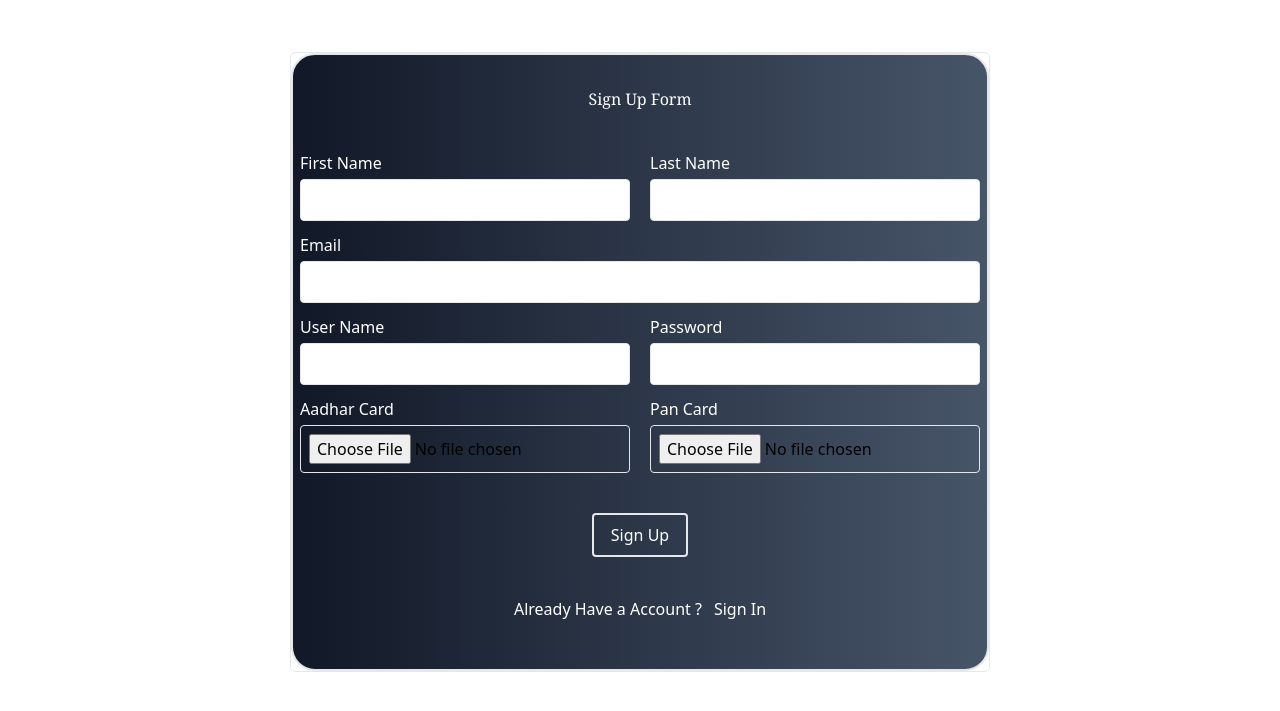
Repository: OmkarTidke8080/Assessment
Page: /sign-up (app in frontend/)
The author's editor kept a copy of each file at every save. The page is drawn from the files as they stood at one save, then again after a run of saves.
The browser window is 1280 px wide. The pictures show the whole page.
The project was rebuilt for these pictures with package versions that can differ from the ones it lists, and the page was loaded fresh each time. Also part of the build but not shown: frontend/vite.config.js, frontend/src/components/HomePage.jsx.

Above is the page before, as saved 2024-10-19 18:49:29.

### frontend/src/App.jsx
import { useEffect, useState } from "react";
import "./App.css";
import LandingPage from "./components/HomePage.jsx";
import SignUp from "./components/SignUp.jsx";
import { BrowserRouter, Routes, Route } from "react-router-dom";
import ScaleLoader from "react-spinners/ScaleLoader";

function App() {
  const [isLoading, setIsLoading] = useState(true);

  useEffect(() => {
    const timer = setTimeout(() => {
      setIsLoading(false);
    }, 2000);

    return () => clearTimeout(timer);
  });
  return (
    <>
      {isLoading ? (
        <div
          style={{
            display: "flex",
            justifyContent: "center",
            alignItems: "center",
            height: "100vh",
            backgroundColor: "#fff",
          }}
        >
          {" "}
          <ScaleLoader />
        </div>
      ) : (
        <BrowserRouter>
          <Routes>
            <Route path={"/"} element={<LandingPage />} />
            <Route path={"/sign-up"} element={<SignUp />} />
            <Route path={"/sign-in"} element={<SignUp />} />
          </Routes>
        </BrowserRouter>
      )}
    </>
  );
}

export default App;

### frontend/src/components/SignUp.jsx
import React from "react";

function SignUp() {
  return (
    <>
      <div className="flex justify-center items-center mt-5">
        <div className="flex border  rounded-md h-[620px] w-[700px]">
          <div className="form border-2 rounded-3xl text-white w-full bg-gradient-to-r from-gray-900 to-slate-600 ">
            <div className="form-heading font-medium font-serif mt-8">
              <h1>Sign Up Form</h1>
            </div>
            <form>
              <div className="flex justify-center mt-10 ">
                <div>
                  <div className="flex w-full gap-x-5 ">
                    <div className="w-1/2">
                      <label htmlFor="username" className=" flex mb-1">
                        First Name
                      </label>
                      <input
                        type="text"
                        id="FistName"
                        className=" text-black  w-full flex border rounded p-2"
                        required
                      />
                    </div>
                    <div className="w-1/2">
                      <label htmlFor="password" className="flex mb-1">
                        Last Name
                      </label>
                      <input
                        type="text"
                        id="LastName"
                        className="text-black w-full flex border rounded p-2"
                        required
                      />
                    </div>
                  </div>

                  <div className="mt-3">
                    <label htmlFor="email" className=" flex mb-1">
                      Email
                    </label>
                    <input
                      type="text"
                      id="email"
                      className="text-black w-full flex border rounded p-2"
                      required
                    />
                  </div>
                  <div className="flex gap-x-5">
                  <div className="mt-3 w-1/2 ">
                    <label htmlFor="username" className=" flex mb-1">
                      User Name
                    </label>
                    <input
                      type="text"
                      id="FistName"
                      className="text-black w-full flex border rounded p-2"
                      required
                    />
                  </div>
                  <div className="mt-3 w-1/2">
                    <label htmlFor="username" className=" flex mb-1">
                      Password
                    </label>
                    <input
                      type="text"
                      id="FistName"
                      className="text-black w-full flex border rounded p-2"
                      required
                    />
                  </div>
                  </div>

                  <div className="flex  gap-x-5 mt-3">
                    <div>
                      <label htmlFor="username" className=" flex mb-1">
                        Aadhar Card
                      </label>
                      <input
                        type="file"
                        id="FistName"
                        className=" text-black flex border rounded p-2"
                        required
                      />
                    </div>
                    <div>
                      <label htmlFor="password" className="flex mb-1">
                        Pan Card
                      </label>
                      <input
                        type="file"
                        id="LastName"
                        className="text-black flex border rounded p-2"
                        required
                      />
                    </div>
                  </div>

                  <div className="sign-up-button m-10">
                    <button className="border-2 rounded p-2 w-24 ">
                      Sign Up
                    </button>
                  </div>
                  <div className="AlreadyAccount flex justify-center gap-x-3">
                    <h2>Already Have a Account ?</h2>
                    <button>Sign In</button>
                  </div>
                </div>
              </div>
            </form>
          </div>
        </div>
      </div>
    </>
  );
}

export default SignUp;

Loaded but not shown: frontend/index.html (common file); frontend/src/main.jsx (common file); frontend/src/index.css (common file); frontend/src/App.css (common file); frontend/tailwind.config.js (common file)

After the next 2 saves:
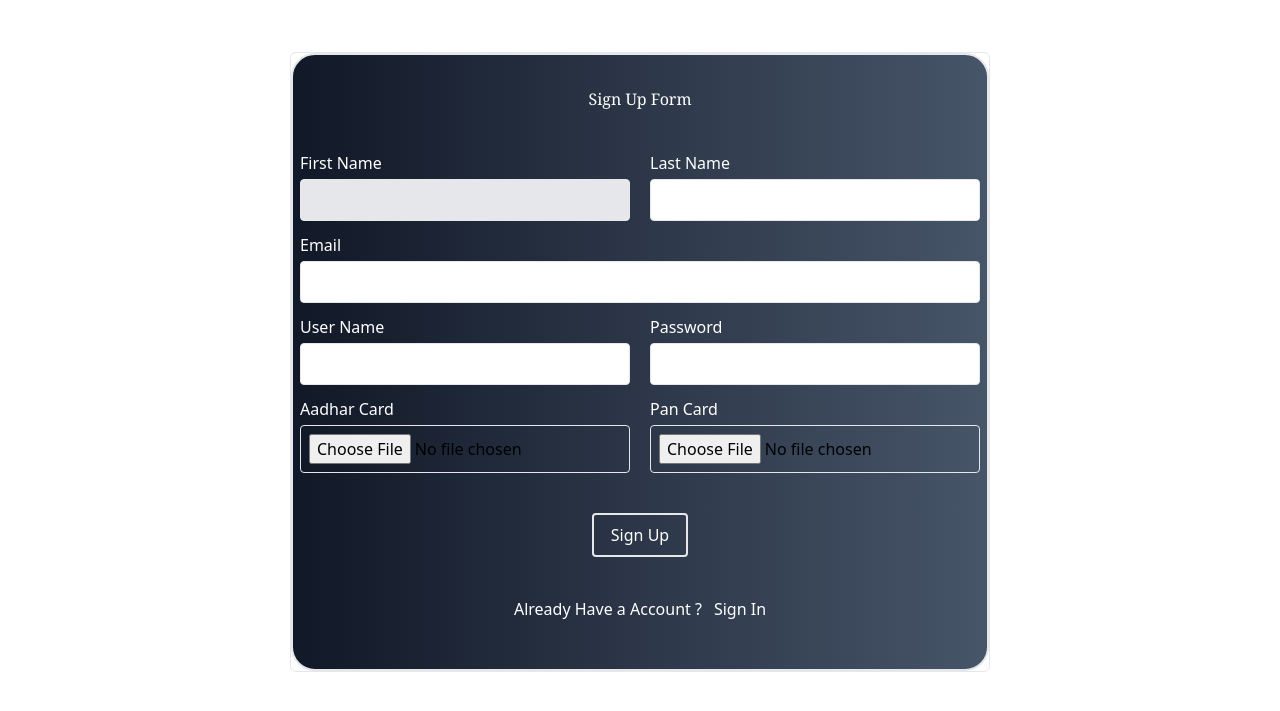
The 2 saves are shown as one change because they came seconds apart.
The last was saved 73 s later.
--- a/frontend/src/components/SignUp.jsx
+++ b/frontend/src/components/SignUp.jsx
@@ -20,7 +20,7 @@
                       <input
                         type="text"
                         id="FistName"
-                        className=" text-black  w-full flex border rounded p-2"
+                        className=" text-black bg-gray-200 w-full flex border rounded p-2"
                         required
                       />
                     </div>

After the 5 saves that followed:
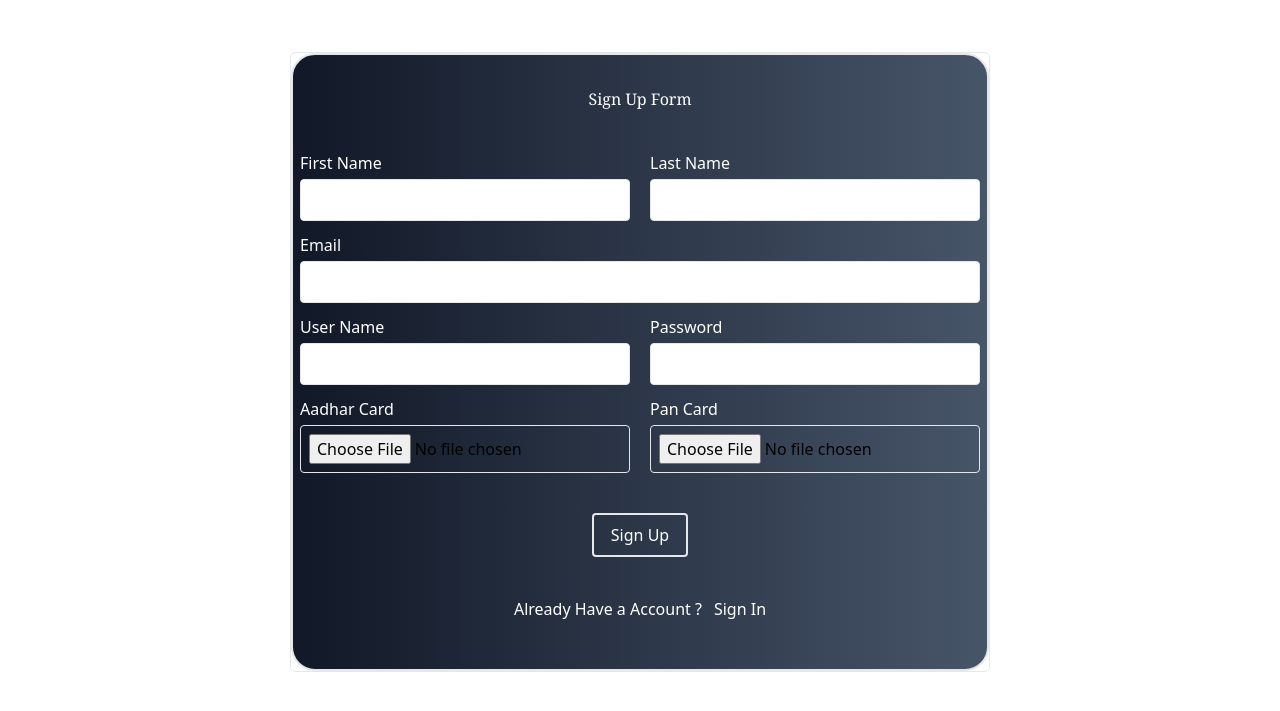
The 5 saves are shown as one change because 2 left the picture as it was and some came seconds apart.
The last was saved 52 s later.
--- a/frontend/src/components/SignUp.jsx
+++ b/frontend/src/components/SignUp.jsx
@@ -20,7 +20,7 @@
                       <input
                         type="text"
                         id="FistName"
-                        className=" text-black bg-gray-200 w-full flex border rounded p-2"
+                        className=" text-gray-800 bg-none  w-full flex border rounded p-2"
                         required
                       />
                     </div>
